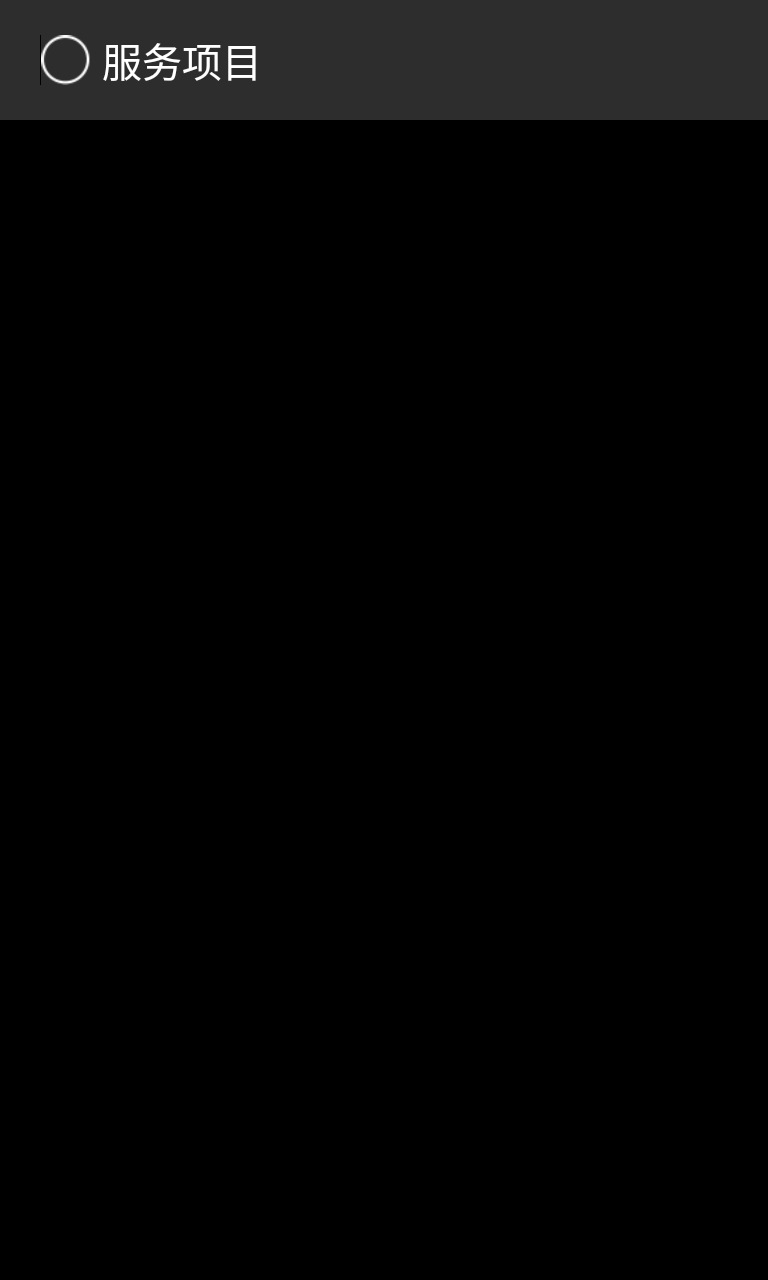
Repository: appleseedez/rongmeme-android
Layout: rmm/res/layout/star_small_item_custom.xml
An editor plug-in stored every save of this project. The layout is shown before and after the next save, followed by the edit.
It is drawn on a 768 x 1280 px phone screen (xhdpi) without system bars, with theme AppTheme; the app's code is not run.

Above is the layout before, as saved 2014-07-02 13:16:56.

### rmm/res/layout/star_small_item_custom.xml
<?xml version="1.0" encoding="utf-8"?>
<LinearLayout xmlns:android="http://schemas.android.com/apk/res/android"
    android:layout_width="match_parent"
    android:layout_height="wrap_content"
    android:orientation="vertical">

    <RelativeLayout
        android:id="@+id/ssi_top_navigation_bar"
        android:layout_width="fill_parent"
        android:layout_height="60dp"
        android:background="#44aaaaaa"
        android:gravity="center_vertical" >

        <CheckBox
            android:id="@+id/ssic_small_category_checkbox_imageButton"
            style="@style/CustomCheckboxTheme"
            android:layout_width="30dp"
            android:layout_height="40dp"
            android:layout_alignParentLeft="true"
            android:layout_centerVertical="true"
            android:layout_marginLeft="20dp"
            android:gravity="center"
            android:scaleType="center" />

        <TextView
            android:id="@+id/ssic_small_category_name_title"
            android:layout_width="wrap_content"
            android:layout_height="wrap_content"
            android:layout_alignParentRight="true"
            android:layout_centerVertical="true"
            android:layout_marginLeft="1dp"
            android:layout_toRightOf="@id/ssic_small_category_checkbox_imageButton"
            android:singleLine="true"
            android:text="@string/ssia_small_category_name_title_text"
            android:textColor="@color/white"
            android:textSize="20sp" />
    </RelativeLayout>

    <View
        android:layout_width="match_parent"
        android:layout_height="1.5dp"
        android:background="@null" >
    </View>

</LinearLayout>

### rmm/res/values/styles.xml
<resources xmlns:android="http://schemas.android.com/apk/res/android">

    <!-- Application theme. -->
    <style name="AppTheme" parent="@android:style/Theme.Black.NoTitleBar">
        <!-- All customizations that are NOT specific to a particular API-level can go here. -->
    </style>

    <style name="CustomCheckboxTheme" parent="@android:style/Widget.CompoundButton.CheckBox">
        <item name="android:button">@drawable/checkbox_style</item>
    </style>

    <style name="title">
        <item name="android:layout_height">wrap_content</item>
        <item name="android:layout_width">wrap_content</item>
        <item name="android:background">@null</item>
        <item name="android:gravity">center</item>
        <item name="android:textColor">@android:color/white</item>
        <item name="android:textSize">18sp</item>
    </style>

    <style name="button" parent="@style/title">
        <item name="android:background">@drawable/btn_button</item>
    </style>

    <style name="title.small" parent="@style/title">
        <item name="android:textSize">16sp</item>
    </style>

    <style name="itembg">
        <item name="android:background">#44aaaaaa</item>
        <item name="android:minHeight">60dip</item>
        <item name="android:paddingBottom">14dip</item>
        <item name="android:paddingLeft">20dip</item>
        <item name="android:paddingRight">20dip</item>
        <item name="android:paddingTop">14dip</item>
    </style>

    <style name="edit">
        <item name="android:layout_height">wrap_content</item>
        <item name="android:layout_width">wrap_content</item>
        <item name="android:textColorHint">@android:color/white</item>
        <item name="android:background">@drawable/edit</item>
        <item name="android:textColor">#797979</item>
        <item name="android:paddingLeft">10dip</item>
    </style>

    <style name="ratingbar" parent="@android:style/Widget.RatingBar">
        <item name="android:progressDrawable">@drawable/ratingbar</item>
        <item name="android:indeterminateDrawable">@drawable/ratingbar</item>
        <item name="android:minHeight">22dip</item>
        <item name="android:maxHeight">22dip</item>
    </style>

    <style name="share">
        <item name="android:layout_height">wrap_content</item>
        <item name="android:layout_width">wrap_content</item>
        <item name="android:minHeight">120dip</item>
        <item name="android:scaleType">centerInside</item>
        <item name="android:background">#44aaaaaa</item>
    </style>

    <style name="dialog" parent="@android:style/Theme.Dialog">
        <item name="android:windowIsTranslucent">false</item>
        <item name="android:windowNoTitle">true</item>
        <item name="android:windowFrame">@null</item>
        <item name="android:windowBackground">@android:color/transparent</item>
        <item name="android:windowIsFloating">true</item>
        <item name="android:windowContentOverlay">@null</item>
        <item name="android:windowTitleStyle">@null</item>
        <item name="android:windowAnimationStyle">@android:style/Animation.Dialog</item>
        <item name="android:windowSoftInputMode">stateUnspecified|adjustPan</item>
        <item name="android:backgroundDimEnabled">false</item>
        <item name="android:background">@android:color/transparent</item>
    </style>

    <style name="order_server_empty">
        <item name="android:layout_height">wrap_content</item>
        <item name="android:layout_width">0dp</item>
        <item name="android:drawableTop">@drawable/icon_order_server_empty</item>
        <item name="android:gravity">center_horizontal</item>
        <item name="android:drawablePadding">10dp</item>
        <item name="android:text">@string/order_server_text_default</item>
        <item name="android:textColor">@android:color/white</item>
        <item name="android:textSize">16sp</item>
    </style>

</resources>

### rmm/res/values/strings.xml
<?xml version="1.0" encoding="utf-8"?>
<resources>
    <string name="app_name">蓉么么</string>
    <string name="menu_settings">Settings</string>
    <string name="pull_to_refresh_tap_label">Tap to refresh</string>
    <string name="pull_to_refresh_refreshing_label">刷新</string>
    <string name="pull_to_refresh_footer_refreshing_label">加载中</string>
    <string name="refresh_down_text">下拉刷新</string>
    <string name="refresh_release_text">松开后刷新</string>
    <string name="xlistview_header_hint_normal">下拉刷新</string>
    <string name="xlistview_header_hint_ready">松开刷新数据</string>
    <string name="xlistview_header_hint_loading">正在加载...</string>
    <string name="xlistview_header_last_time">上次更新时间：</string>
    <string name="xlistview_footer_hint_normal">查看更多</string>
    <string name="xlistview_footer_hint_ready">松开载入更多</string>
    <string name="no_network_connected_status_pop">亲网络不给力啊</string>
    <string name="no_location_error">暂时无法获取当前位置</string>
    <string name="nha_no_net_work_toast">亲，没有网络，请返回在设置中打开网络连接才能定位。</string>
    <!-- dengjie -->
    <string name="back_navigation_imagebutton_desc">返回按钮</string>
    <string name="cleaning_tv_title_text">保洁</string>
    <string name="cleaning_view_flow_btn_text">观看流程</string>
    <string name="cleaning_custom_flow_btn_text">我要定制</string>
    <string name="si_big_category_start_level_imageview_desc">保洁星级服务大类icon</string>
    <string name="si_big_category_pull_down_imageButton_desc">保洁星级下拉按钮icon</string>
    <string name="ssi_small_category_name_title_text">服务项目</string>
    <string name="ssi_small_category_checkbox_imageButton_desc">勾选框</string>
    <string name="he_tv_title_text">钟点工</string>
    <string name="he_next_flow_button_desc">钟点工下一步按钮</string>
    <string name="employee_default_nickname_text">钟艳</string>
    <string name="employee_head_portrait_imageview_des">钟点工的圆角头像</string>
    <string name="ca_tip_msg_textview_defalut_text">您选择了一星保洁服务</string>
    <string name="ca_confirm_appointment_btn_text">确认预约</string>
    <string name="ca_contact_custom_service_text">联系客服</string>
    <string name="ssia_small_category_checkbox_imageButton_desc">勾选框</string>
    <string name="ssia_small_category_name_title_text">服务项目</string>
    <string name="cc_confirm_appointment_btn_text">确认预约</string>
    <string name="cc_contact_custom_service_text">联系客服</string>
    <string name="cc_tip_msg_textview_defalut_text">请选择您需要的服务</string>
    <string name="cc_tv_title_text">自选服务</string>
    <string name="hsa_tv_title_text">预约</string>
    <string name="hsa_tip_msg_textview_defalut_text">您已选择以下服务人员</string>
    <string name="hsa_send_appointment_btn_text">发送预约</string>
    <string name="hsa_phone_textview_hint">请输入手机号码</string>
    <string name="nmd_msg_content_textview_default_text">预约单已经发送\n稍后客服人员会通过\n%s\n联系您</string>
    <string name="nmd_msg_content_textview_default_faild_text">亲网络不好，请稍等一下</string>
    <string name="nmd_close_btn_desc">弹出框的描述</string>
    <string name="sss_tv_title_text">选择门店</string>
    <string name="he_send_appointment_no_phone_error">请输入手机号</string>
    <string name="confirm_custom_appointment_no_check">请选择服务内容</string>

    <item name="cleaning_big_category_tag" type="id"></item>

    <!-- dengjie -->

	<!-- Common -->
	  <string name="image_content_description">占位图标</string>

    <!-- Portal -->
    <string name="activity_label_app_portal">AppPortal</string>
    <string name="label_app_portal_user_center">个人中心</string>
    <string name="label_app_portal_dry_cleaning">干洗</string>
    <string name="label_app_portal_scan_barcode">扫一扫</string>

    <!-- Navigator -->
    <string name="label_navigator_backward">返回</string>
    <string name="label_navigator_forward"></string>
    <string name="label_navigator_forward_refresh">刷新</string>
    <string name="label_navigator_forward_comment">评价</string>
    <string name="label_navigator_title"></string>

    <!-- Dry Cleaning -->
    <string name="activity_label_dry_cleaning_portal">干洗</string>
    <string name="activity_label_dry_cleaning_reservation">干洗预约单</string>
    <string name="dry_cleaning_navigator_title">干洗列表</string>
    <string name="dry_cleaning_navigator_forward">选择</string>
    <string name="dry_cleaning_reserve_title">干洗预约</string>
    <string name="dry_cleaning_reserve_support">联系客服</string>
    <string name="dry_cleaning_reserve_telephone">联系电话</string>
    <string name="dry_cleaning_reserve_address">联系地址</string>
    <string name="dry_cleaning_reserve_confirmed">确认预定</string>
    <string name="dry_cleaning_reserve_failture">预定失败</string>
     <string name="dry_cleaning_reserve_disclaimer_title">免责声明</string>
    <string name="dry_cleaning_reserve_disclaimer">免责声明免责声明免责声明免责声明免责声明免责声明免责声明免责声明免责声明免责声明免责声明免责声明免责声明免责声明免责声明免责声明免责声明免责声明免责声明免责声明免责声明免责声明免责声明免责声明免责声明免责声明免责声明免责声明</string>
    <string name="dry_cleaning_reserve_disclaimer_accept">同意</string>
    <string name="dry_cleaning_reserve_disclaimer_notification">请查看并同意免责声明</string>
    <string name="dry_cleaning_reserve_good">物品</string>
    <string name="dry_cleaning_reserve_amount">数量</string>
    <string name="dry_cleaning_reserve_price">单价</string>
    <string name="dry_cleaning_reserve_total_price">总计</string>
    <string name="dry_cleaning_reserve_send_reservation">发送预约</string>
    <string name="dry_cleaning_reserve_notification_part_a">预约单已经发送\n稍后客服人员会通过\n</string>
    <string name="dry_cleaning_reserve_notification_part_b">\n联系您</string>

    <!-- User Center -->
    <string name="activity_label_user_center_portal">个人中心</string>
    <string name="activity_label_user_order_detail">订单详情</string>
    <string name="activity_label_user_profile">个人设置</string>
    <string name="user_center_forward_label">个人设置</string>
    <string name="user_profile_telephone_label">联系电话</string>
    <string name="user_profile_address_label">联系地址</string>
    <string name="user_profile_address_changed_success">修改成功</string>
    <string name="user_profile_address_changed_failture">修改失败</string>
    <string name="title_activity_order_portal">OrderPortal</string>

    <!-- User Order -->
    <string name="order_type_text_unknown">未知订单</string>
    <string name="order_type_text_cleaning">保洁订单</string>
    <string name="order_type_text_dry_cleaning">干洗订单</string>
    <string name="order_status_text_unknown">未服务</string>
    <string name="order_status_text_pending">未服务</string>
    <string name="order_status_text_unassigned">处理中</string>
    <string name="order_status_text_serving">服务中</string>
    <string name="order_status_text_served">已完成</string>
    <string name="order_status_text_served_text">服务完成</string>
    <string name="order_status_text_cancelled">取消</string>
    <string name="order_service_text_title">名称</string>
    <string name="order_service_text_amount">数量</string>
    <string name="order_service_text_price">单价</string>
    <string name="order_service_text_total_price">总计</string>

    <!-- Payment -->
    <string name="payment_alipay_label">使用支付宝支付</string>
    <string name="payment_alipay_success">支付成功</string>
    <string name="payment_alipay_failture">支付成功</string>
    <string name="payment_order_type_cleaning">蓉么么保洁服务订单</string>
    <string name="payment_order_type_dry_cleaning">蓉么么干洗服务订单</string>
    <string name="payment_order_type_hourly_worker">蓉么么钟点工服务订单</string>
    <string name="payment_order_description">随便说说就好 这是文案</string>
</resources>

### rmm/res/values/colors.xml
<?xml version="1.0" encoding="utf-8"?>
<resources>

    <color name="title">#ba4c62</color>
    <color name="black">#000000</color>
    <color name="white">#FFFFFF</color>
    <color name="blue">#6BADF6</color>
    <!-- 自定义的颜色，通用颜色 -->
    <!-- R:180 G:174 B:165 距离可以删除-->

    <!-- R197G191B186 -->
    <color name="R197G191B186">#C5BFBA</color>
    <color name="R199G183B161">#C7B7A1</color>
    <color name="R144G140B131">#6B6557</color>
    <color name="R96G99B102">#606366</color>
    <color name="R219G185B111">#DBB96F</color>
    <color name="R61G85B1">#3D5501</color>

	<color name="backgroud_black">#66222222</color>
	<color name="backgroud_white">#66FFFFFF</color>

	<color name="R61G85B1">#618510</color>
</resources>

### rmm/res/drawable/checkbox_style.xml
<?xml version="1.0" encoding="utf-8"?>
<selector xmlns:android="http://schemas.android.com/apk/res/android">

    <item android:drawable="@drawable/btn_check_s" android:state_checked="true"/>
    <item android:drawable="@drawable/btn_check_n" android:state_checked="false"/>
    <item android:drawable="@drawable/btn_check_n"/>

</selector>

After the next save:
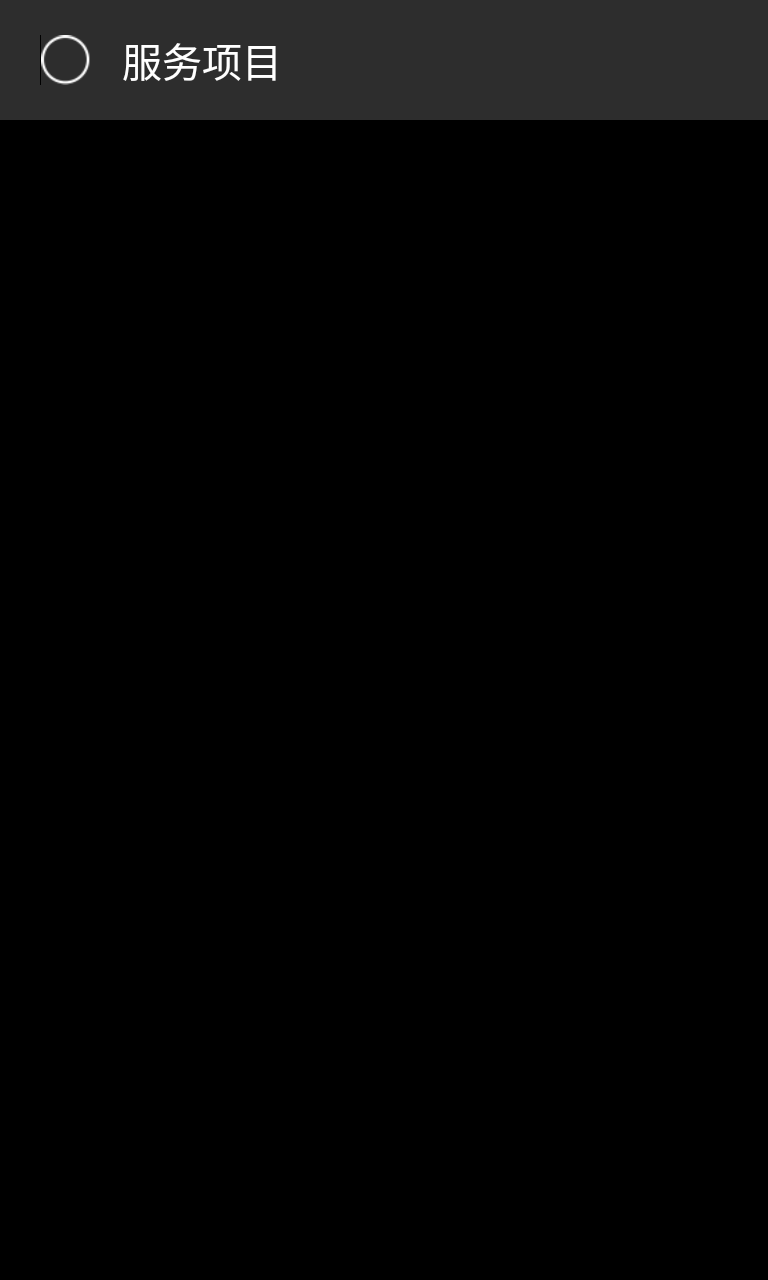
Saved 8 s later.
--- a/rmm/res/layout/star_small_item_custom.xml
+++ b/rmm/res/layout/star_small_item_custom.xml
@@ -14,7 +14,7 @@
         <CheckBox
             android:id="@+id/ssic_small_category_checkbox_imageButton"
             style="@style/CustomCheckboxTheme"
-            android:layout_width="30dp"
+            android:layout_width="40dp"
             android:layout_height="40dp"
             android:layout_alignParentLeft="true"
             android:layout_centerVertical="true"
